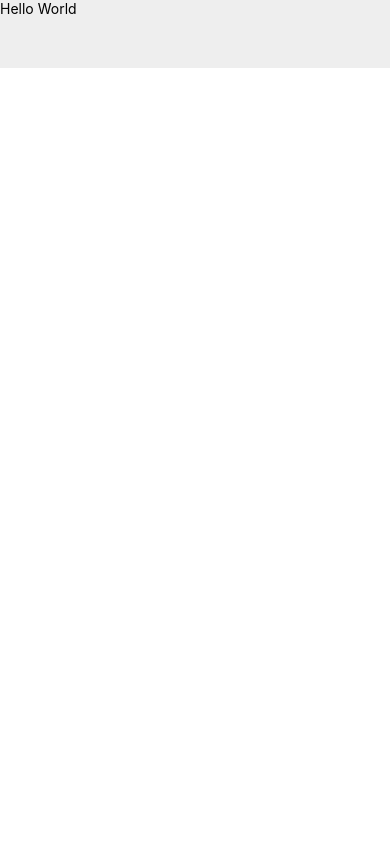
Repository: dodibahari019/TestFrontend
Screen: /
An editor plug-in stored every save of this project. The screen is shown before and after a run of saves, followed by the edit.
The app was drawn by React Native's web renderer in a window 390 px wide. The project was rebuilt for these pictures with package versions that can differ from the ones it lists, and the page was loaded fresh each time. Some packages were replaced by stand-ins written for this rebuild.

Above is the screen before, as saved 2024-12-30 15:01:16.

### App.js
import { StatusBar } from 'expo-status-bar';
import { StyleSheet, Text, View, Dimensions } from 'react-native';

export default function App() {
  return (
    <View style={styles.container}>
      <StatusBar style="auto" />
      {/* <Text>Open up App.js to start working on your app!</Text> */}
      <View style={{ width:'100%', height:'8%', position:'absolute', top:0, backgroundColor:'#eeeeee' }}>
        <Text>Hello World</Text>
      </View>
    </View>
  );
}

const styles = StyleSheet.create({
  container: {
    flex: 1,
    backgroundColor: '#fff',
    alignItems: 'center',
    justifyContent: 'center',
  },
});

Loaded but not shown: index.js (common file)

After the next 4 saves:
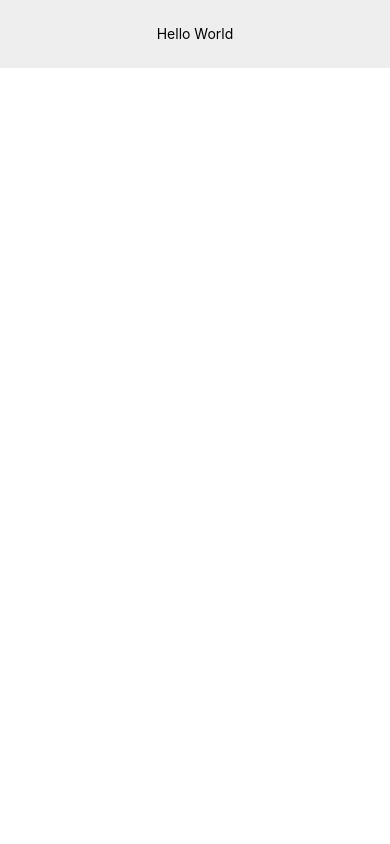
The 4 saves are shown as one change because they came seconds apart.
The last was saved 73 s later.
--- a/App.js
+++ b/App.js
@@ -6,7 +6,7 @@ export default function App() {
     <View style={styles.container}>
       <StatusBar style="auto" />
       {/* <Text>Open up App.js to start working on your app!</Text> */}
-      <View style={{ width:'100%', height:'8%', position:'absolute', top:0, backgroundColor:'#eeeeee' }}>
+      <View style={{ width:'100%', height:'8%', position:'absolute', top:0, backgroundColor:'#eeeeee', justifyContent:'center', alignItems:'center' }}>
         <Text>Hello World</Text>
       </View>
     </View>
